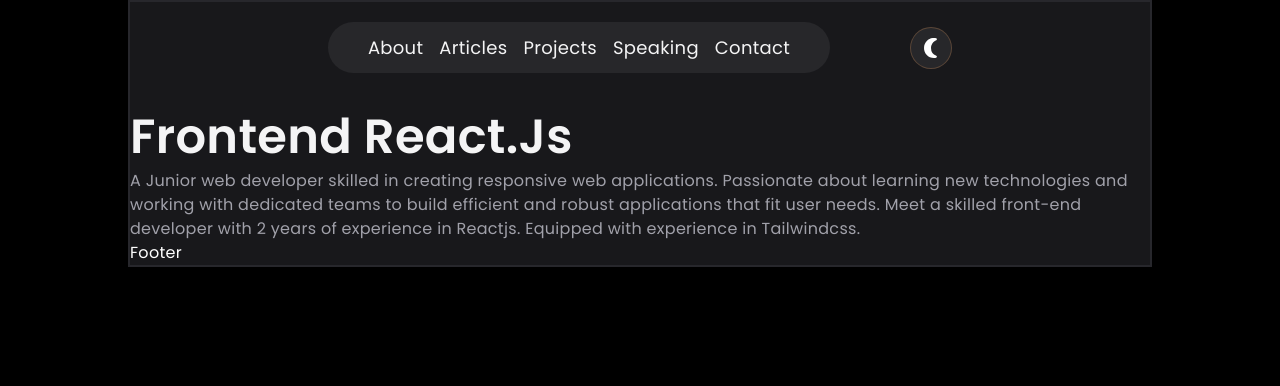
Repository: Wafaabahgat/Portfolio
Page: /
The author's editor kept a copy of each file at every save. The page is drawn from the files as they stood at one save, then again after the next save.
The browser window is 1280 px wide. The pictures show the whole page.
The project was rebuilt for these pictures with package versions that can differ from the ones it lists, and the page was loaded fresh each time. Also part of the build but not shown: vite.config.ts, src/App.css, src/ErrorPage.tsx.

Above is the page before, as saved 2023-12-08 03:14:32.

### index.html
<!DOCTYPE html>
<html lang="en">
  <head>
    <meta charset="UTF-8" />
    <link rel="icon" type="image/svg+xml" href="/vite.svg" />
    <meta name="viewport" content="width=device-width, initial-scale=1.0" />
    <link rel="preconnect" href="https://fonts.googleapis.com" />
    <link rel="preconnect" href="https://fonts.gstatic.com" crossorigin />
    <link
      href="https://fonts.googleapis.com/css2?family=Poppins:wght@200;300;400;500;600;700;800&display=swap"
      rel="stylesheet"
    />
    <title>My Portfilio</title>
  </head>
  <body>
    <div id="root"></div>
    <script type="module" src="/src/main.tsx"></script>
  </body>
</html>

### src/main.tsx
import { RouterProvider } from "react-router-dom";
import ReactDOM from "react-dom/client";
import "./index.css";
import router from "./App";

ReactDOM.createRoot(document.getElementById("root")!).render(
  <RouterProvider router={router} />
);

### src/index.css
@tailwind base;
@tailwind components;
@tailwind utilities;

* {
  font-family: "Poppins", sans-serif;
  letter-spacing: 0.3px;
}

:root {
  --primary: #000;
  --secondary: rgb(24 24 27);
  --border: rgb(63, 63, 70, 0.4);
}
.light {
  --primary: #fff;
}

body {
  background-color: var(--primary);
  color: #fff;
}

html {
  /* max-width: 2000px; */
  margin: 0;
  padding: 0;
}

.container {
  width: 80%;
  margin-left: auto;
  margin-right: auto;
  background-color: var(--secondary);
  border: 2px solid var(--border);
}
.line {
  border: 1px solid var(--border);
  margin: 1rem 0;
}

li {
  list-style: none;
}
a {
  text-decoration: none;
  transition: 0.3;
}
.border-li:last-child {
  border: none;
}

### src/App.tsx
import "./App.css";
import { createBrowserRouter } from "react-router-dom";
// import Root from "@pages/root";
import Root from "./pages/root";

import { Home } from "./pages/index";
import ErrorPage from "./ErrorPage";

const router = createBrowserRouter([
  {
    path: "/",
    element: <Root />,
    errorElement: <ErrorPage />,
    children: [
      {
        index: true,
        path: "/",
        element: <Home />,
      },
    ],
  },
]);

export default router;

### src/pages/root.tsx
import { Outlet } from "react-router-dom";
import Header from "../components/layouts/Header";
import Footer from "../components/layouts/Footer";

const Root = () => {
  return (
    <div className="container">
      <Header />
      <Outlet />
      <Footer />
    </div>
  );
};

export default Root;

### src/components/layouts/Header.tsx
import { FC, useState } from "react";
import { MdNightlightRound } from "react-icons/md";
import { SlMenu } from "react-icons/sl";
import { IoMdClose } from "react-icons/io";

interface HeaderProps {}

const links = [
  {
    href: "/about",
    name: "about",
  },
  {
    href: "/articles",
    name: "articles",
  },
  {
    href: "/projects",
    name: "projects",
  },
  {
    href: "/speaking",
    name: "speaking",
  },
  {
    href: "/contact",
    name: "contact",
  },
];

const Header: FC<HeaderProps> = () => {
  const [showMenu, setShowMenu] = useState(false);

  return (
    <>
      <div className="mt-5">
        <div className="flex items-center justify-center md:gap-20 gap-4">
          <nav className="">
            <ul className="md:flex hidden py-3 gap-4 px-10 bg-bg-header rounded-full ">
              {links?.map((e, i) => (
                <li
                  key={i}
                  className="capitalize text-main-title md:text-[18px] text-[14px] mx-auto hover:text-main-light hover:text-[20px]"
                >
                  <a href={e?.href}>{e?.name}</a>
                </li>
              ))}
            </ul>
          </nav>
          <button
            onClick={() => {
              setShowMenu(true);
            }}
            className="flex md:hidden text-xl border-border-menu border justify-center items-center bg-bg-header rounded-full w-[42px] h-[42px]"
          >
            <SlMenu className="" />
          </button>
          <div className="bg-bg-header text-2xl cursor-pointer border border-border-menu rounded-full w-[42px] h-[42px] flex items-center justify-center">
            <MdNightlightRound />
          </div>
        </div>
        {showMenu && (
          <div className="fixed py-3 z-11 inset-0 max-w-[85%] max-h-[48%] mt-10 bg-bg-menu mx-auto rounded-2xl">
            <span className="flex justify-end mr-4">
              <button
                onClick={() => {
                  setShowMenu(false);
                }}
                className="bg-white text-lg hover:translate-x-2 text-bg-header rounded-sm p-1"
              >
                <IoMdClose />
              </button>
            </span>
            <ul className="">
              {links?.map((e, i) => (
                <li
                  key={i}
                  className="capitalize text-main-title text-[20px] text-start px-10 py-3 border-li border-b border-bg-border hover:text-main-light hover:text-[25px]"
                >
                  <a href={e?.href}>{e?.name}</a>
                </li>
              ))}
            </ul>
          </div>
        )}
      </div>
    </>
  );
};

export default Header;

### src/components/layouts/Footer.tsx
import { FC } from "react";

interface FooterProps {}

const Footer: FC<FooterProps> = () => {
  return (
    <>
      <div mt>Footer</div>
    </>
  );
};

export default Footer;

### src/pages/Home.tsx
import { FC } from "react";
import Hero from "../components/home/Hero";

interface HomeProps {}

const Home: FC<HomeProps> = () => {
  return (
    <>
      <div className="">
        <Hero />
      </div>
    </>
  );
};

export default Home;

### src/components/home/Hero.tsx
import { FC } from "react";

interface HeroProps {}

const Hero: FC<HeroProps> = () => {
  return (
    <>
      <div className="mt-10">
        <div>
          <h1 className="text-main-title font-semibold text-5xl mb-2 capitalize">
            frontend react.js
          </h1>
          <p className=" text-sub-title text-md">
            A Junior web developer skilled in creating responsive web
            applications. Passionate about learning new technologies and working
            with dedicated teams to build efficient and robust applications that
            fit user needs. Meet a skilled front-end developer with 2 years of
            experience in Reactjs. Equipped with experience in Tailwindcss.
          </p>
        </div>
      </div>
    </>
  );
};

export default Hero;

### tailwind.config.js
/** @type {import('tailwindcss').Config} */
export default {
  content: ["./index.html", "./src/**/*.{js,ts,jsx,tsx}"],
  darkMode: "class",
  theme: {
    extend: {
      colors: {
        main: "#252466",
        "main-light": "#3873FF",
        "text-primary": "#000",
        "bg-header": "rgb(39, 39, 42)",
        "bg-menu": "rgba(40,40, 48, 0.91)",
        "bg-border": "rgb(63, 63, 70, 0.4)",
        "border-menu": "rgb(244, 165, 96, 0.249)",
        "main-title": "rgb(244, 244, 245)",
        "sub-title": "rgb(161, 161, 170)",
        // "sub-dark": "#252466",
        // "main-dark": "#41427D",
        // "text-color": "#FCFCFC",
        // "text-gray": "#667085",
        // "text-primary": "#9795B5",
      },
      // gridTemplateColumns: {
      //   prod: "repeat(auto-fit, minmax(130px, 1fr))",
      //   plog: "repeat(auto-fit, minmax(300px, 1fr))",
      // },
    },
  },
  plugins: [],
};

Loaded but not shown: src/pages/index.ts (common file)

After the next save:
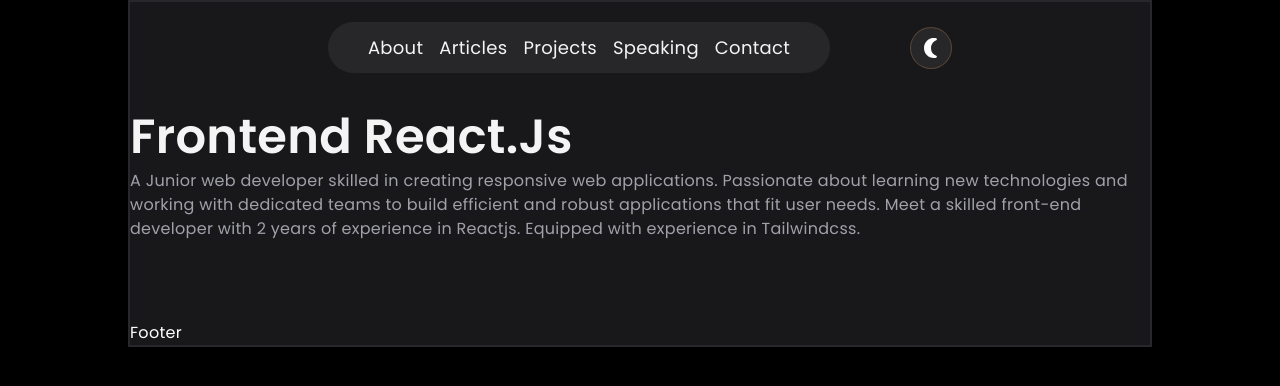
Saved 5 s later.
--- a/src/components/layouts/Footer.tsx
+++ b/src/components/layouts/Footer.tsx
@@ -5,7 +5,7 @@
 const Footer: FC<FooterProps> = () => {
   return (
     <>
-      <div mt>Footer</div>
+      <div className="mt-20">Footer</div>
     </>
   );
 };
